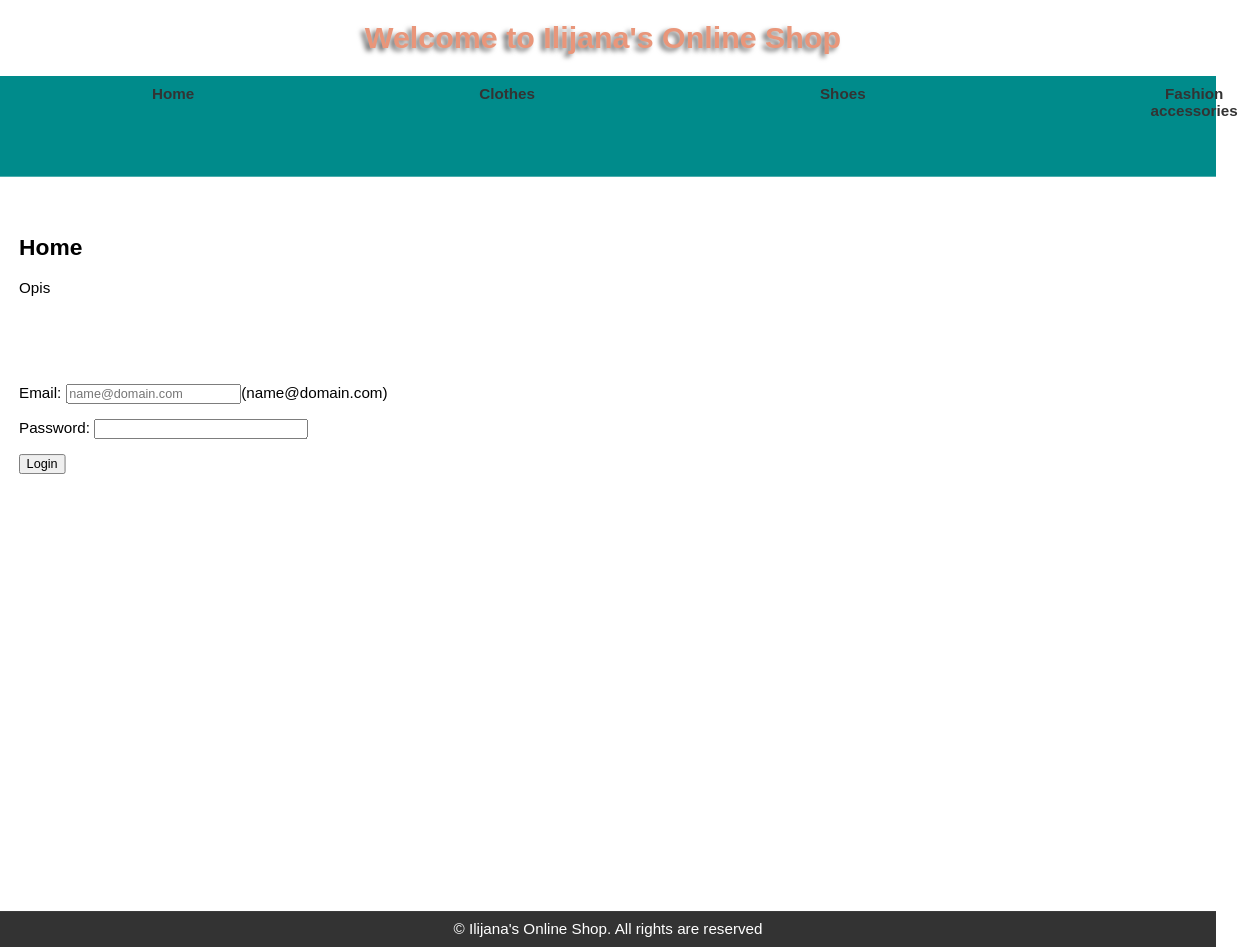
Repository: ilijana123/Proekt1
Page: html.html
These files come from the project's save history. The page is drawn as it stood at one moment and after the next save; the edit follows.
The browser window is 1280 px wide. The page is 1303 px wide, so the pictures cover 1303 px, including what lies to the right of the window. The pictures show the whole page, at 95% of full size.

Above is the page before, as saved 2023-11-12 23:30:57.

### html.html
<!DOCTYPE html>
<html>
    <head>
    <meta charset="utf-8">
    <title>Online shop</title>
    <link rel="stylesheet" type="text/css" href="1.css">
    <script src="script.js"></script>
    </head>
    <body>
    <header>
       <h1>Welcome to Ilijana's Online Shop</h1>
    </header>
       <nav>
            <ul>
                <li><a href="#home">Home</a></li>
                <li><a href="#category1">Clothes</a></li>
                <li><a href="#category2">Shoes</a></li>
                <li><a href="#category3">Fashion accessories</a></li>
            </ul>
       </nav>
       <section id="home">
            <h2>Home</h2>
            <p>Opis</p>
        </section>
        <section id="contact">
            <form method="post" autocomplete="on">
                <p><label>Email:
                    <input type="email" id="email"
                        placeholder="name@domain.com"/>(name@domain.com)
                </label></p>
                <p><label>Password:
                    <input type="password" id="password" size="25"
                        placeholder=""/>
                </label></p>
                <button onclick="btnClicked()">Login</button>
            </form>
       </section>
       <section id="category1"></section>
       <section id="category2"></section>
       <section id="category3"></section>
       <section id="instagram">
      </section>
      <section id="survey">
      </section>
      <section id="questionnaire">
      </section>
      <section id="contact">
      </section>
       <footer> &copy; Ilijana's Online Shop. All rights are reserved</footer>
    </body>
</html>

### 1.css
h1  {
     font-family: fantasy;
        color:darksalmon;
        text-shadow: -4px 4px 6px dimgrey;
        position:relative;
        margin-left: 30%;
    }
    body {
        margin: 0;
        padding: 0;
        font-family: Arial, sans-serif;
    }

    nav
    {
        background-color:darkcyan;
        color: white;
        padding: 10px;
        text-align: center;
    }
    nav ul {
        list-style-type: none;
        margin: 0;
        padding: 0;
        display: flex;
        flex-direction: row; /* Set the direction to column */
    }

    nav ul li {
        display: block; /* Set the display property to block */
        margin-bottom: 50px;
        margin-right: 150px;
        margin-left:150px;
    }
    section {
        padding: 20px;
        margin: 20px 0;
    }
    nav a {
        text-decoration: none;
        color: #333;
        font-weight: bold;
    }
    nav a:hover {
        color: #555;
    }

    footer {
        background-color: #333;
        color: white;
        text-align: center;
        padding: 10px;
    }

### script.js
function btnClicked()
{
    document.location.href="html1.html";
}

After the next save:
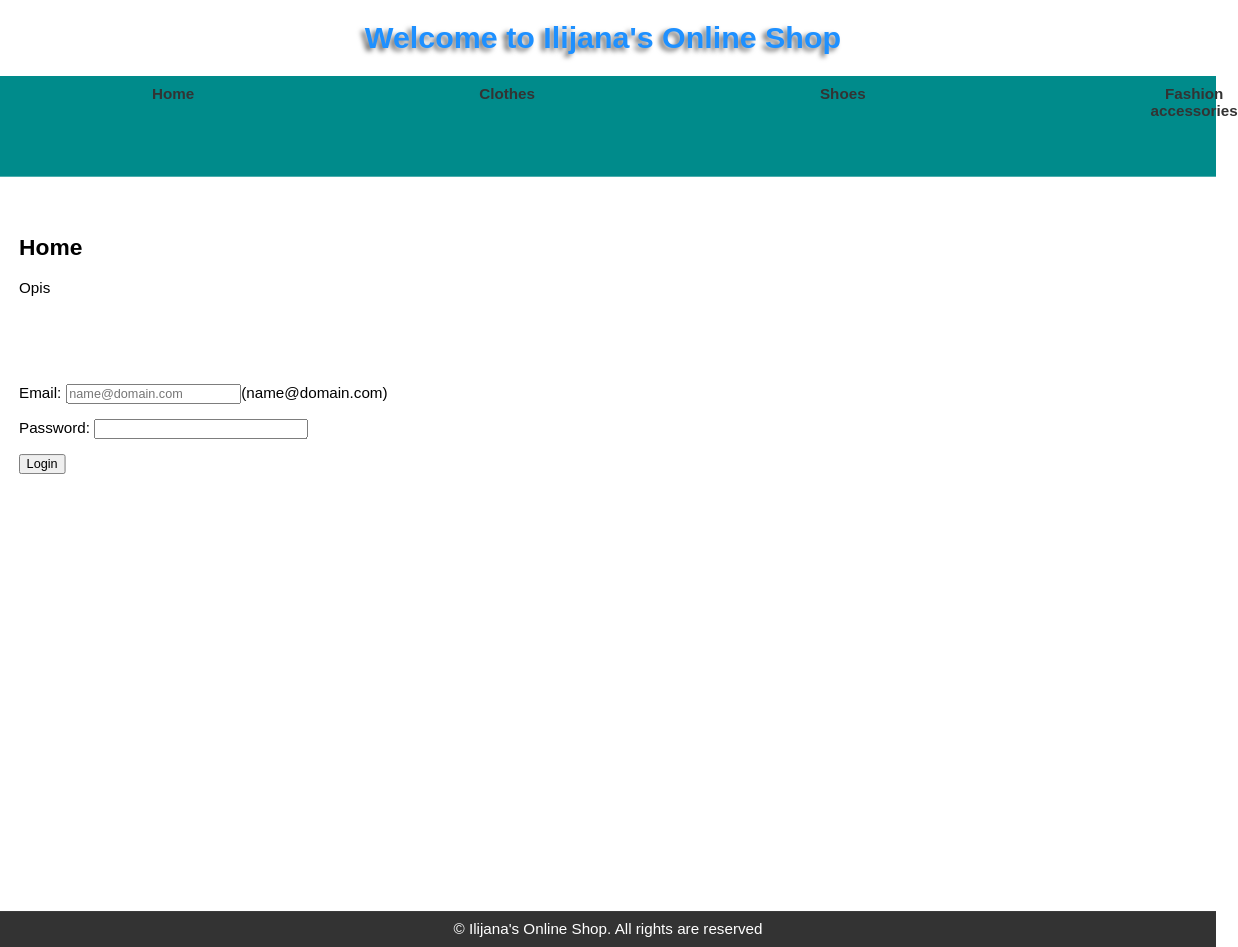
Saved 18 s later.
--- a/1.css
+++ b/1.css
@@ -1,6 +1,6 @@
 h1  {
      font-family: fantasy;
-        color:darksalmon;
+        color:dodgerblue;
         text-shadow: -4px 4px 6px dimgrey;
         position:relative;
         margin-left: 30%;
